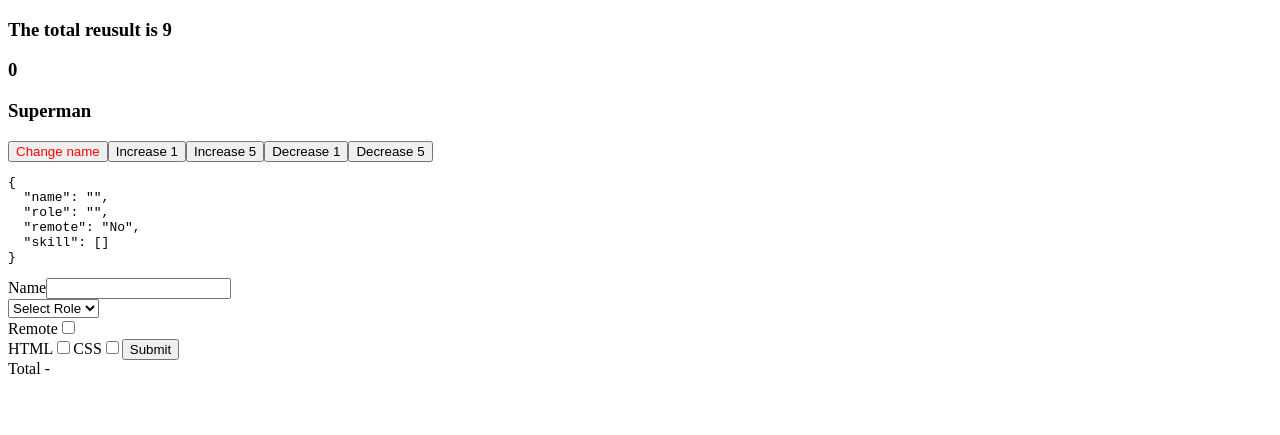
Repository: KZH2001/Vue_Practice
Page: / (app in Tutorial/)
The author's editor kept a copy of each file at every save. The page is drawn from the files as they stood at one save, then again after the next save.
The browser window is 1280 px wide. The pictures show the whole page.
The project was rebuilt for these pictures with package versions that can differ from the ones it lists, and the page was loaded fresh each time. Also part of the build but not shown: Tutorial/vite.config.js.

Above is the page before, as saved 2026-01-20 20:26:00.

After the next save:
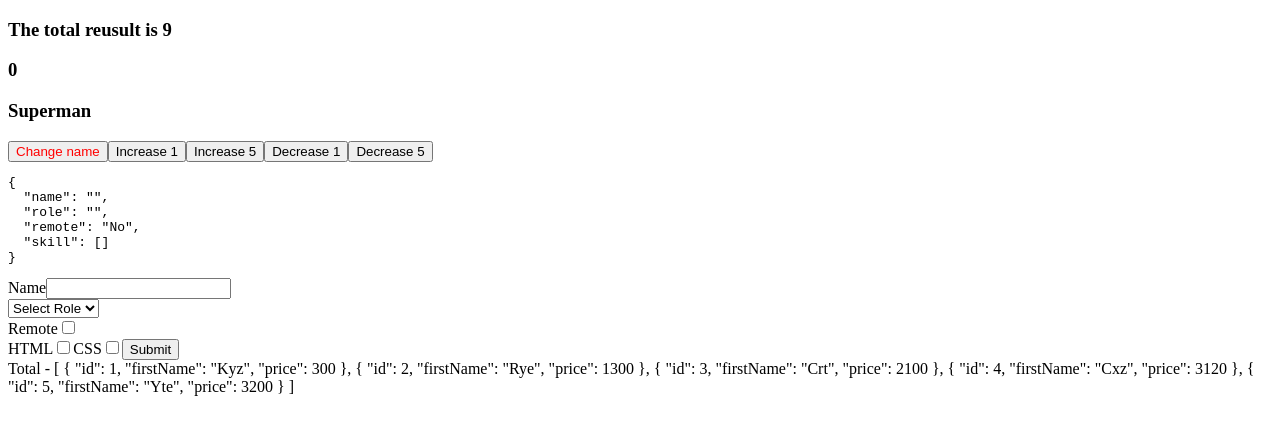
Saved 11 s later.
--- a/Tutorial/src/App.vue
+++ b/Tutorial/src/App.vue
@@ -39,7 +39,7 @@
   </form>
 
 
-  <di>Total - {{  }}</di>
+  <di>Total - {{ items }}</di>
   </template>
 
   <style scoped>
